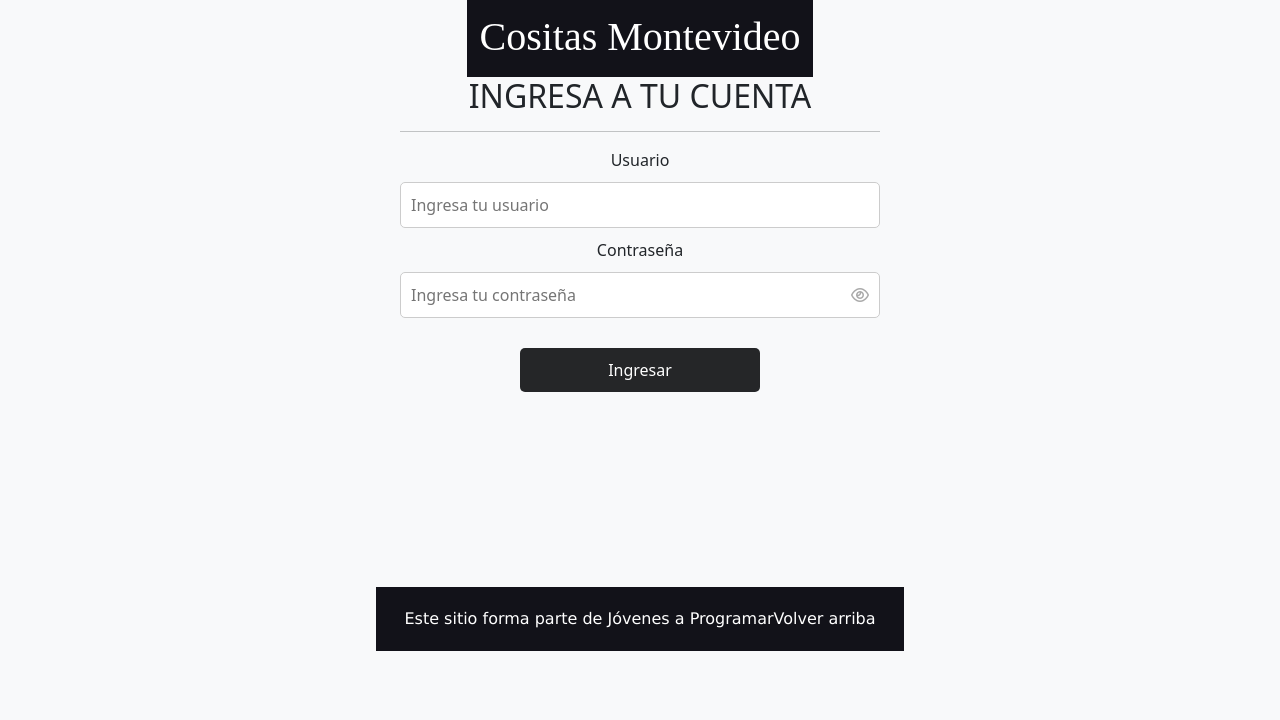
Repository: naticab/proyecto-dw
Page: login.html
The author's editor kept a copy of each file at every save. The page is drawn from the files as they stood at one save, then again after the next save.
The browser window is 1280 px wide. The pictures show the whole page.
Some web fonts or font styles are not loaded; a fallback is used.

Above is the page before, as saved 2024-09-15 14:28:43.

After the next save:
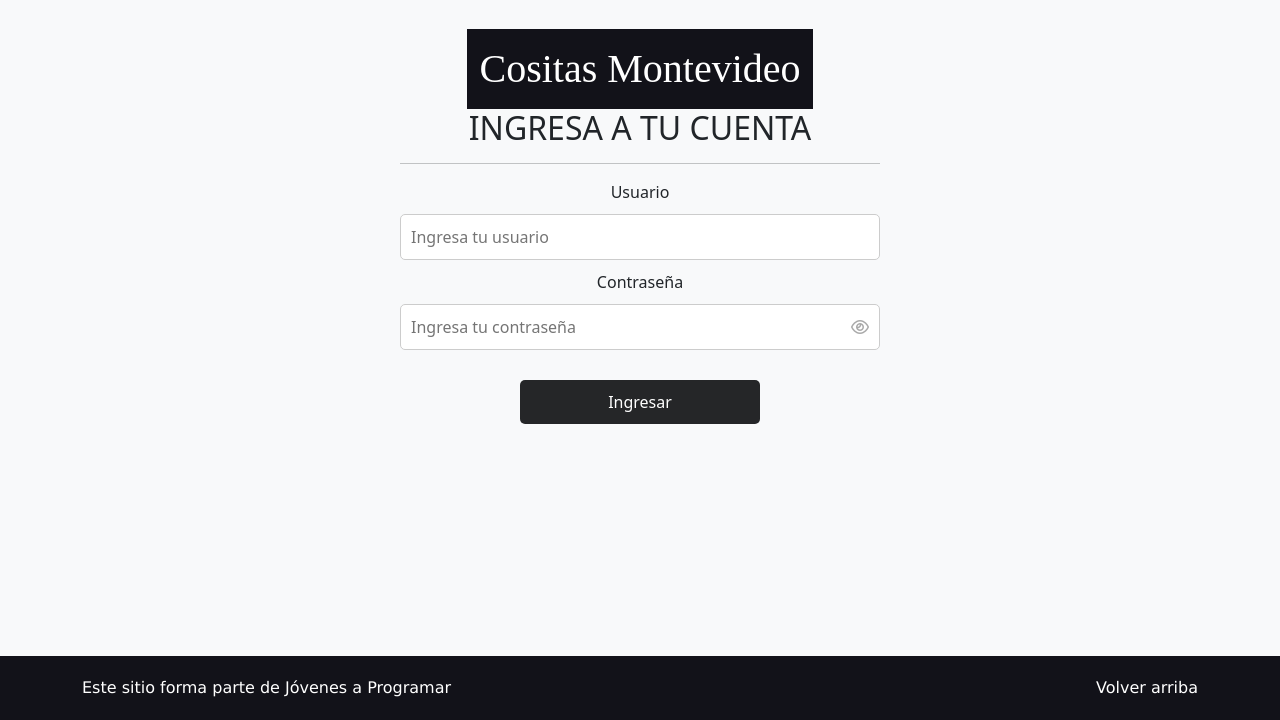
Saved 52 s later.
--- a/css/login.css
+++ b/css/login.css
@@ -48,9 +48,16 @@ button:hover {
     background-color: #3f3f3f;
 }
 
-
-
-
+footer {
+    position: fixed;
+    bottom: 0;
+    left: 0;
+    width: 100%;
+    padding-top: 1rem;
+    padding-bottom: 1rem;
+    background-color: #f8f9fa;
+    text-align: center;
+}
 
 @media (max-width: 768px) {
     .login-container {
